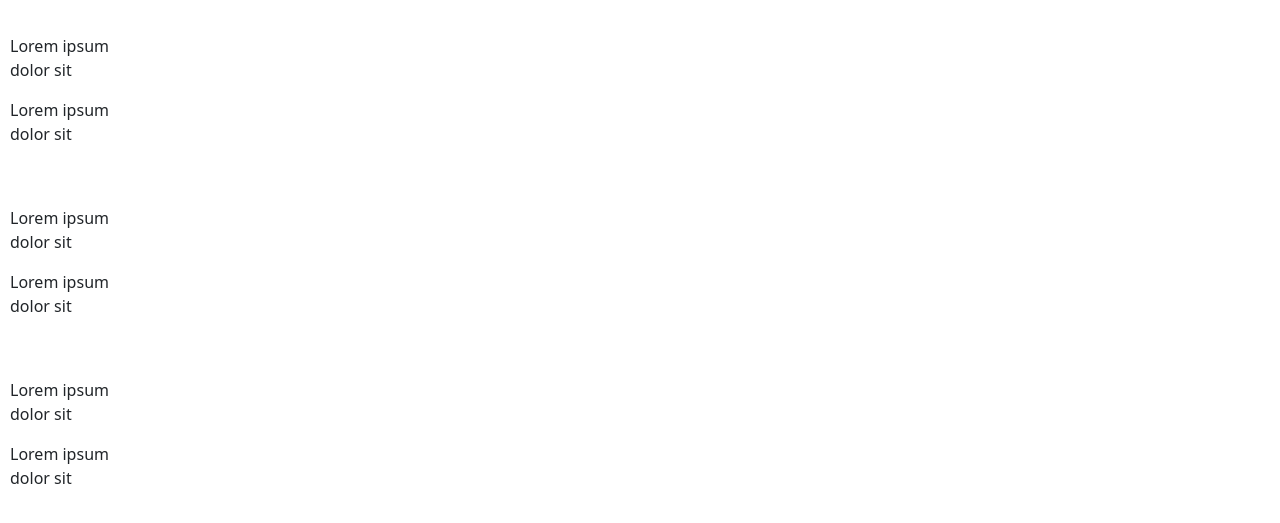
Repository: WajihaGul/MedicalApp-Frontend
Page: /
These files come from the project's save history. The page is drawn as it stood at one moment and after the next save; the edit follows.
The browser window is 1280 px wide. The pictures show the whole page.
The project was rebuilt for these pictures with package versions that can differ from the ones it lists, and the page was loaded fresh each time. Also part of the build but not shown: vite.config.js, src/index.css, src/App.css, src/Components/Experience/Experience.module.css, src/Components/Experience/Experience.jsx, src/Components/LandingPage/LandingPage.jsx, src/Components/NavigationBar/Navbar.module.css, src/Components/NavigationBar/Navbar.jsx.

Above is the page before, as saved 2024-05-01 15:14:49.

After the next save:
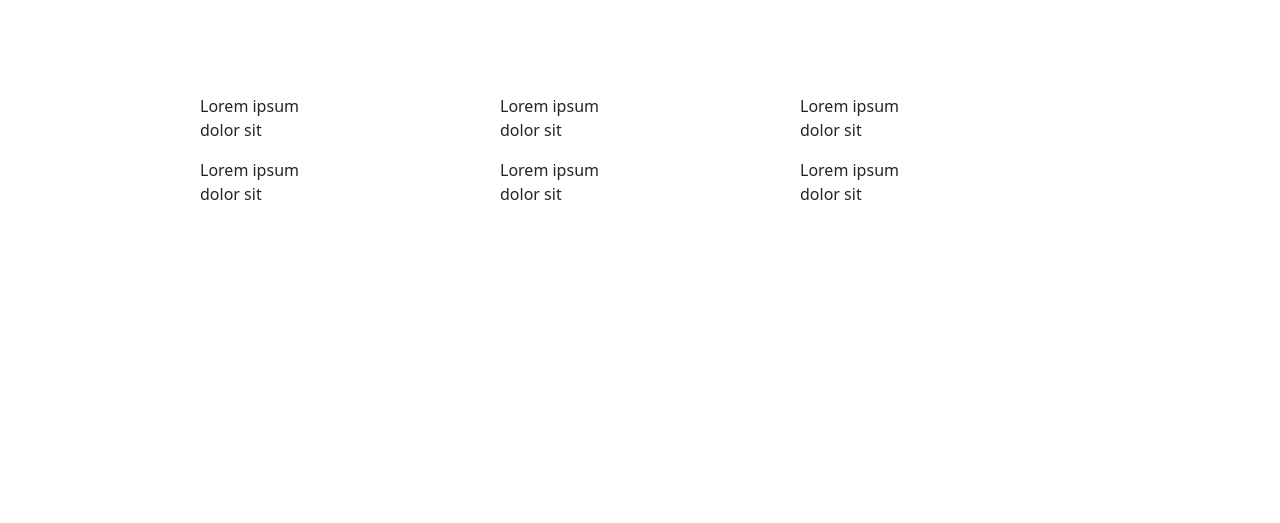
Saved 17 s later.
--- a/src/Components/Accomplishments/Accomplishments.module.css
+++ b/src/Components/Accomplishments/Accomplishments.module.css
@@ -1,6 +1,8 @@
 .container{
-    width: 280px;
-    padding: 0 auto;
+    margin:0 auto;
+    width: 900px;
+    padding-top: 30px;
+    margin-top: 30px;
 }
 
 .column1 , .column2 , .column3{
